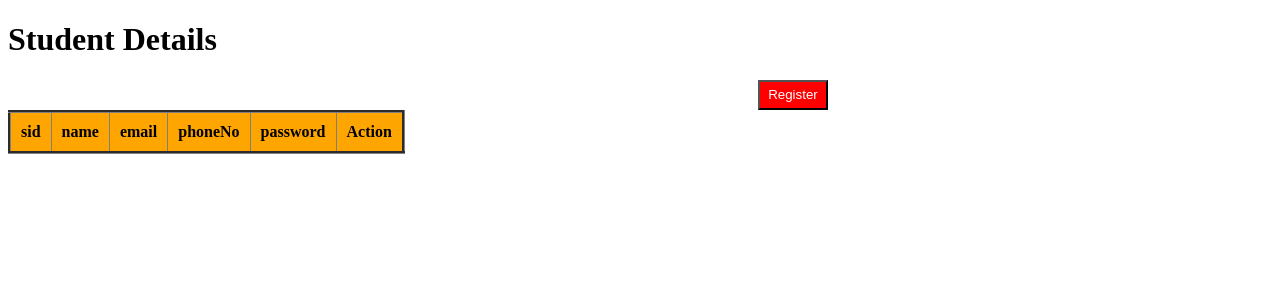
Repository: Madavahari/Servlets
Page: http://localhost/sms/allstd
The author's editor kept a copy of each file at every save. The page is drawn from the files as they stood at one save, then again after the next save.
The browser window is 1280 px wide. The pictures show the whole page.
The page is served by Tomcat 9. Other server files are loaded and not shown. Queries for data that is not in the repository find no rows.

Above is the page before, as saved 2024-10-17 04:27:43.

### servlets/sms/src/main/webapp/allstd.jsp
<%@page import="java.sql.ResultSet"%>
<%@ page language="java" contentType="text/html; charset=UTF-8"
    pageEncoding="UTF-8"%>
<!DOCTYPE html>
<html>
<head>
<style type="text/css">
#btn
{
background-color: red;
color:white;
margin-left: 750px;
height: 30px;
width: 70px;
}
</style>
<meta charset="UTF-8">
<title>All EMployee Details</title>
</head>
<body>
<h1>Student Details</h1>
<a href="register.jsp"><button id="btn">Register</button></a>

<table border="3" cellpadding="10" rules="all" >
<thead style="background-color: orange">
<tr>
<th>sid</th>
<th>name</th>
<th>email</th>
<th>phoneNo</th>
<th>password</th>
<th colspan="2">Action</th>
</tr>
</thead>
<%
ResultSet rs=(ResultSet)request.getAttribute("rs");
while(rs.next())
{
%>
<tr>
<td><%=rs.getString(1) %></td>
<td><%=rs.getString(2) %></td>
<td><%=rs.getString(3) %></td>
<td><%=rs.getString(4) %></td>
<td><%=rs.getString(5) %></td>
<td><a href="delete?id= <%= rs.getString(1) %>"><button>Delete</button></a></td>
<td><button>Update</button></td>

</tr>

<%
}
%>
</table>

</body>
</html>

### servlets/sms/src/main/java/org/jsp/sms/FetchAllStudentServlet.java
package org.jsp.sms;

import java.io.IOException;
import java.sql.Connection;
import java.sql.DriverManager;
import java.sql.ResultSet;
import java.sql.SQLException;
import java.sql.Statement;

import javax.servlet.RequestDispatcher;
import javax.servlet.ServletException;
import javax.servlet.annotation.WebServlet;
import javax.servlet.http.HttpServlet;
import javax.servlet.http.HttpServletRequest;
import javax.servlet.http.HttpServletResponse;

@WebServlet(urlPatterns="/allstd")
public class FetchAllStudentServlet extends HttpServlet
{
	@Override
	protected void doGet(HttpServletRequest req, HttpServletResponse resp) throws ServletException, IOException
	{
		try {
			Class.forName("com.mysql.cj.jdbc.Driver");
			Connection con=DriverManager.getConnection("jdbc:mysql://localhost:3306/sms","root","root");
			Statement s=con.createStatement();
			ResultSet rs=s.executeQuery("select * from student");



			req.setAttribute("rs", rs);
			RequestDispatcher rd=req.getRequestDispatcher("allstd.jsp");
			rd.forward(req, resp);

			rs.close();
			s.close();
			con.close();

		} catch (ClassNotFoundException | SQLException e) {
			e.printStackTrace();
		}

	}

}

After the next save:
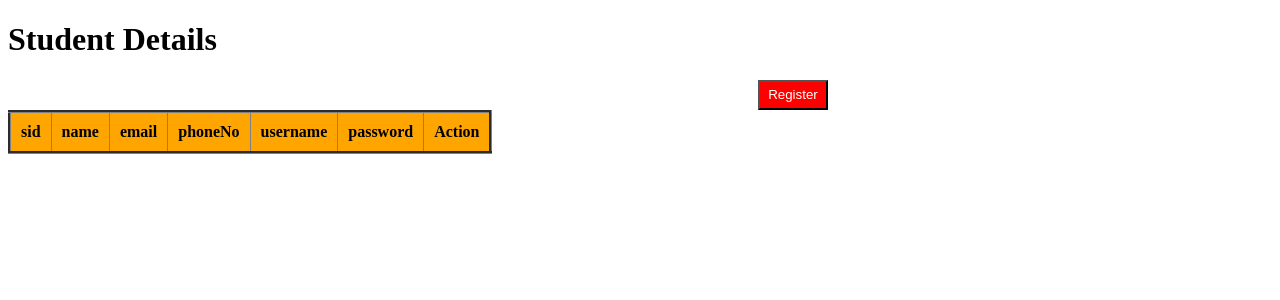
Saved 3 min 31 s later.
--- a/servlets/sms/src/main/webapp/allstd.jsp
+++ b/servlets/sms/src/main/webapp/allstd.jsp
@@ -28,6 +28,7 @@ width: 70px;
 <th>name</th>
 <th>email</th>
 <th>phoneNo</th>
+<th>username</th>
 <th>password</th>
 <th colspan="2">Action</th>
 </tr>
@@ -43,6 +44,7 @@ while(rs.next())
 <td><%=rs.getString(3) %></td>
 <td><%=rs.getString(4) %></td>
 <td><%=rs.getString(5) %></td>
+<td><%=rs.getString(6) %></td>
 <td><a href="delete?id= <%= rs.getString(1) %>"><button>Delete</button></a></td>
 <td><button>Update</button></td>
 
